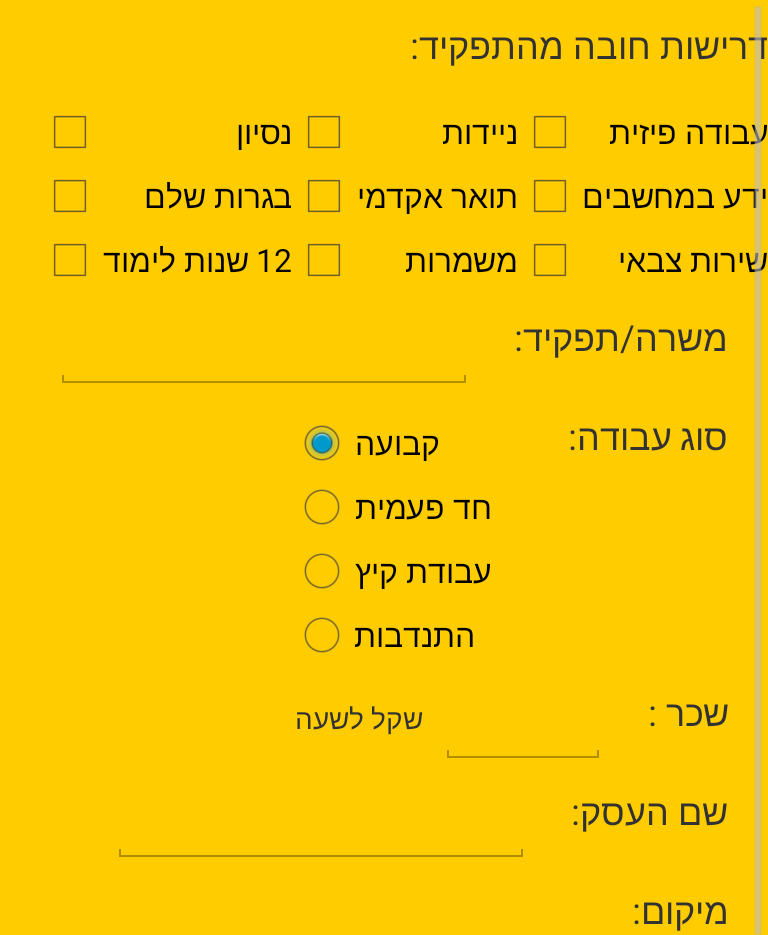
Repository: rodi055/jobli
Layout: Jobli/res/layout/fragment_create_job.xml
These files come from the project's save history. The layout is drawn as it stood at one moment and after the next save; the edit follows.
The pictures show rows 0 to 935 of an output 1280 px tall.
Pictures or frames that could not be fetched are drawn as grey boxes. It is drawn on a 768 x 1280 px phone screen (xhdpi) without system bars, with theme AppTheme; the app's code is not run. The app's manifest (not shown) leaves right-to-left support off. So textAlignment, textDirection and layoutDirection are ignored, and left and right values win over start and end ones.

Above is the layout before, as saved 2015-01-03 14:44:12.

After the next save:
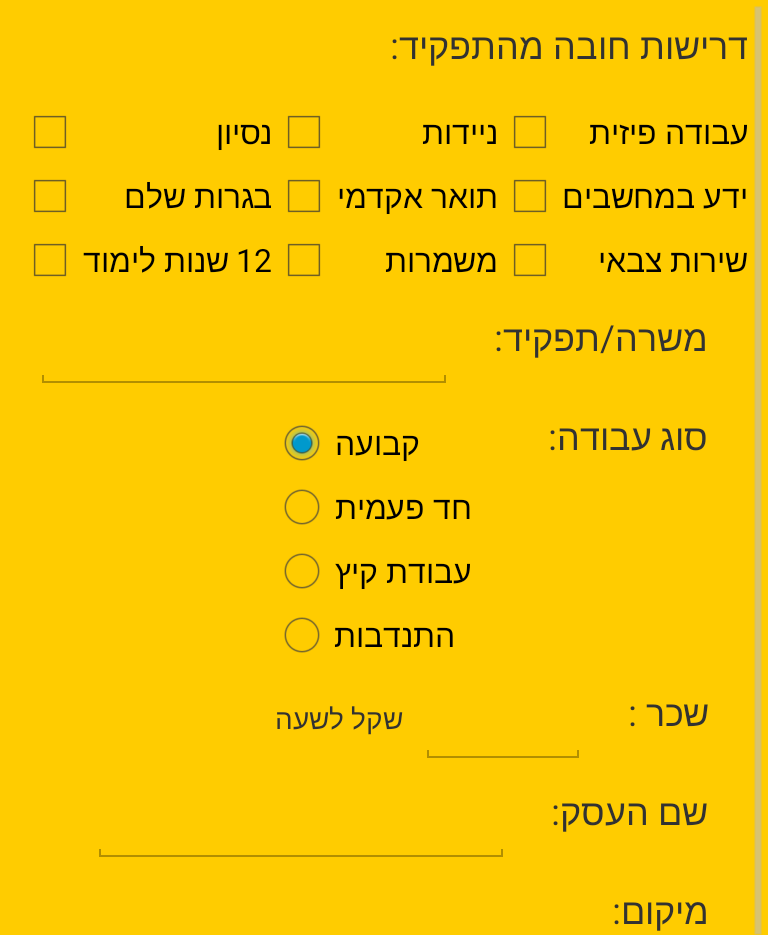
Saved 2 min 7 s later.
--- a/Jobli/res/layout/fragment_create_job.xml
+++ b/Jobli/res/layout/fragment_create_job.xml
@@ -14,7 +14,8 @@
         <LinearLayout
             android:layout_width="match_parent"
             android:layout_height="wrap_content"
-            android:orientation="vertical" >
+            android:orientation="vertical"
+            android:layout_marginRight="10dp" >
 
             <RelativeLayout
                 android:layout_width="wrap_content"
